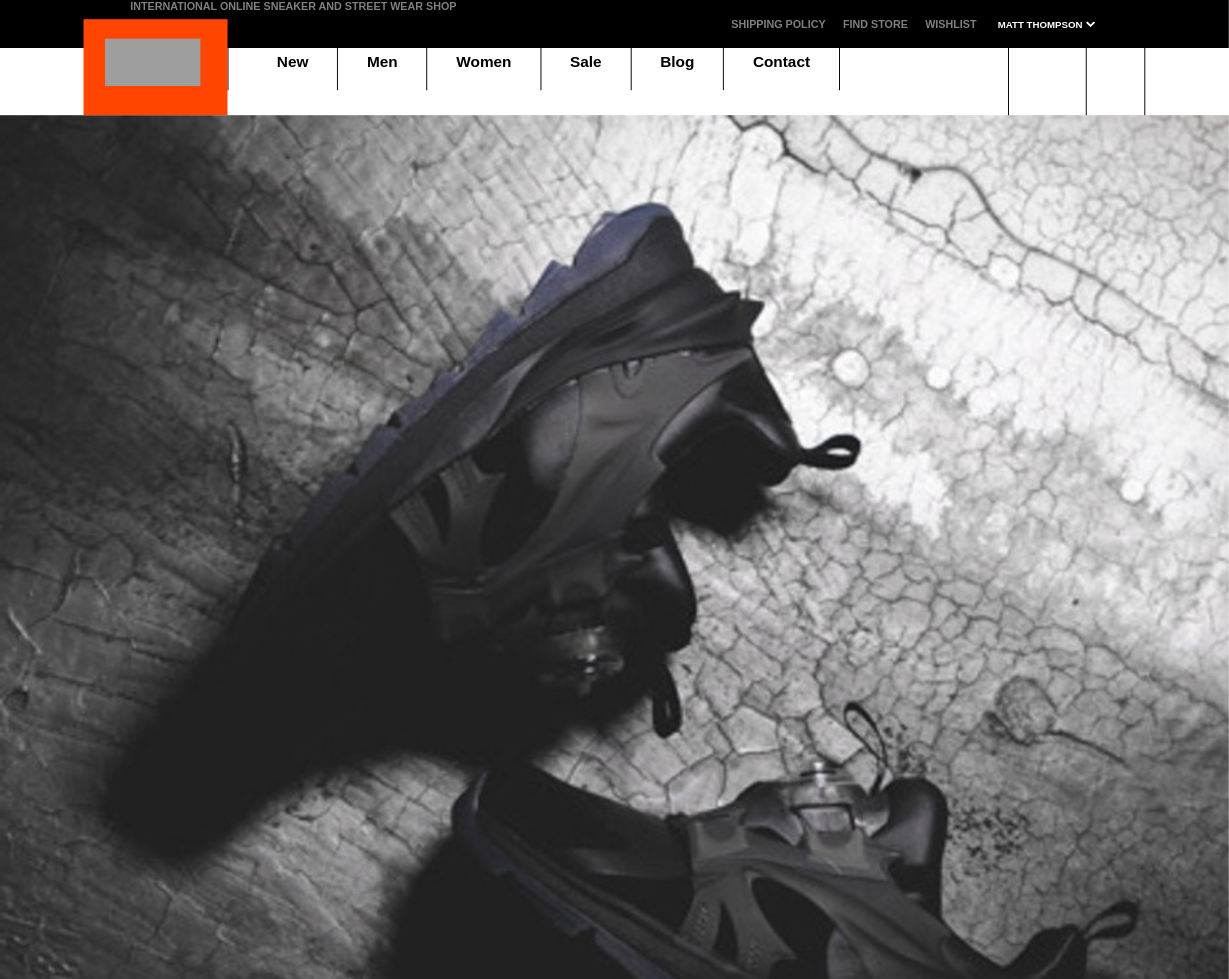
Repository: wadelfadill/premiere_page_web
Page: index.html
The author's editor kept a copy of each file at every save. The page is drawn from the files as they stood at one save, then again after the next save.
The browser window is 1280 px wide. The pictures show the whole page, at 96% of full size.
Pictures or frames that could not be fetched are drawn as grey boxes. Some icons come from a web library that is not loaded, so they are not drawn.

Above is the page before, as saved 2023-03-20 13:05:50.

After the next save:
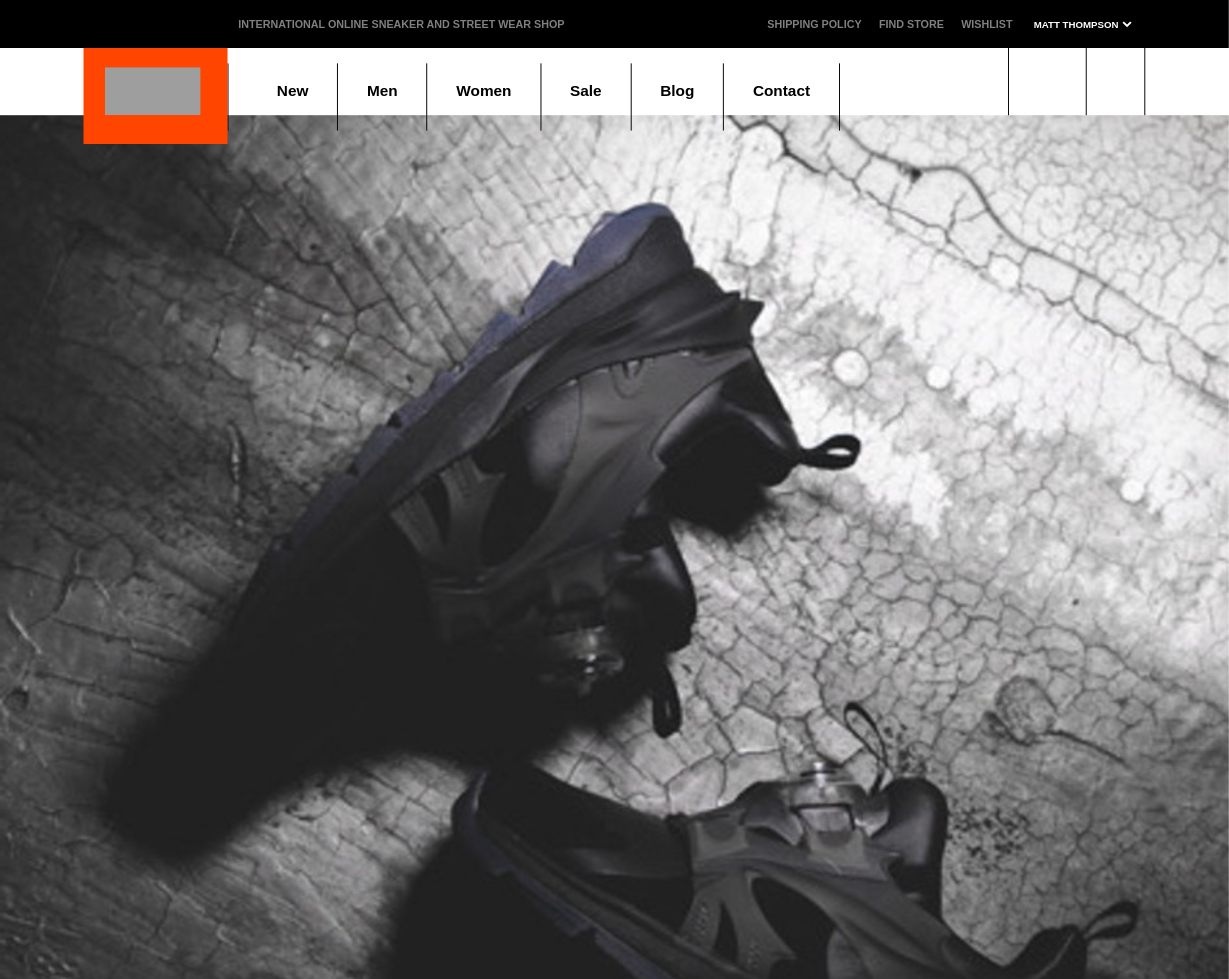
Saved 56 s later.
--- a/style.css
+++ b/style.css
@@ -35,6 +35,8 @@
 }
 .gauche{
     display: flex;
+    height: 100%;
+
 }
 header{
     width: 100%;
@@ -49,9 +51,7 @@
 }
 .title{
     margin-left:150px;
-    height: 100%;
-    padding: 0;
-    margin: 0;
+
 }
 header a{
     color: white;
